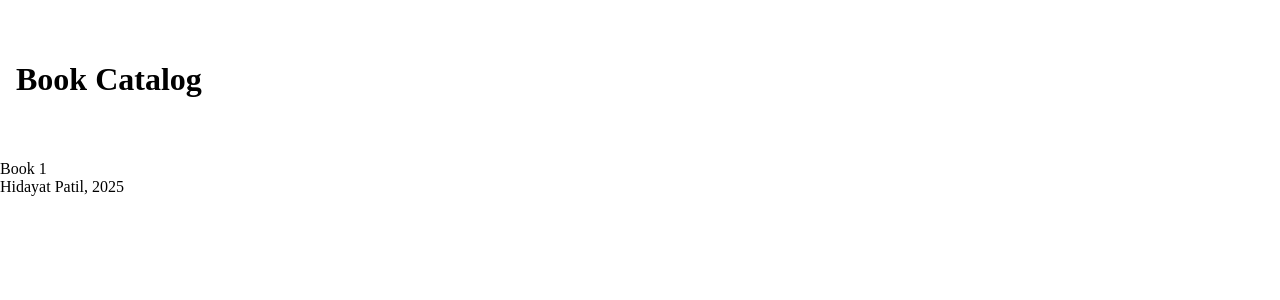
Repository: HidayatPatil/fwd-Week3-Assignment
Page: /
The author's editor kept a copy of each file at every save. The page is drawn from the files as they stood at one save, then again after the next save.
The browser window is 1280 px wide. The pictures show the whole page.
The project was rebuilt for these pictures with package versions that can differ from the ones it lists, and the page was loaded fresh each time. Also part of the build but not shown: vite.config.js.

Above is the page before, as saved 2025-09-12 22:54:32.

### src/index.css
body {
    margin: 0;
}

.header {
    padding: 16px;
    margin: 24px 0;
}

### src/App.jsx
function App() {
  return (
    <div>
      <div className="header">
        <h1>Book Catalog</h1>
      </div>
      <div className="book_listing">Book 1</div>
      <div className="footer">Hidayat Patil, 2025</div>
    </div>
  );
}

export default App;

Loaded but not shown: index.html (common file); src/main.jsx (common file)

After the next save:
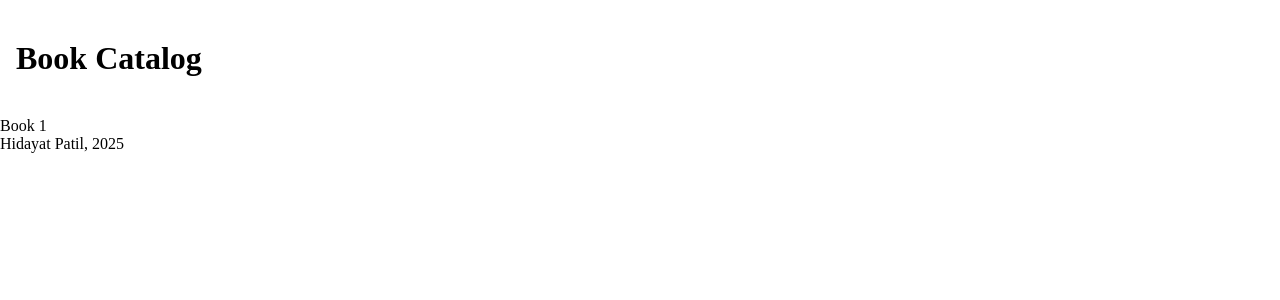
Saved 27 s later.
--- a/src/index.css
+++ b/src/index.css
@@ -2,7 +2,7 @@
     margin: 0;
 }
 
-.header {
+.header h1 {
     padding: 16px;
     margin: 24px 0;
 }
